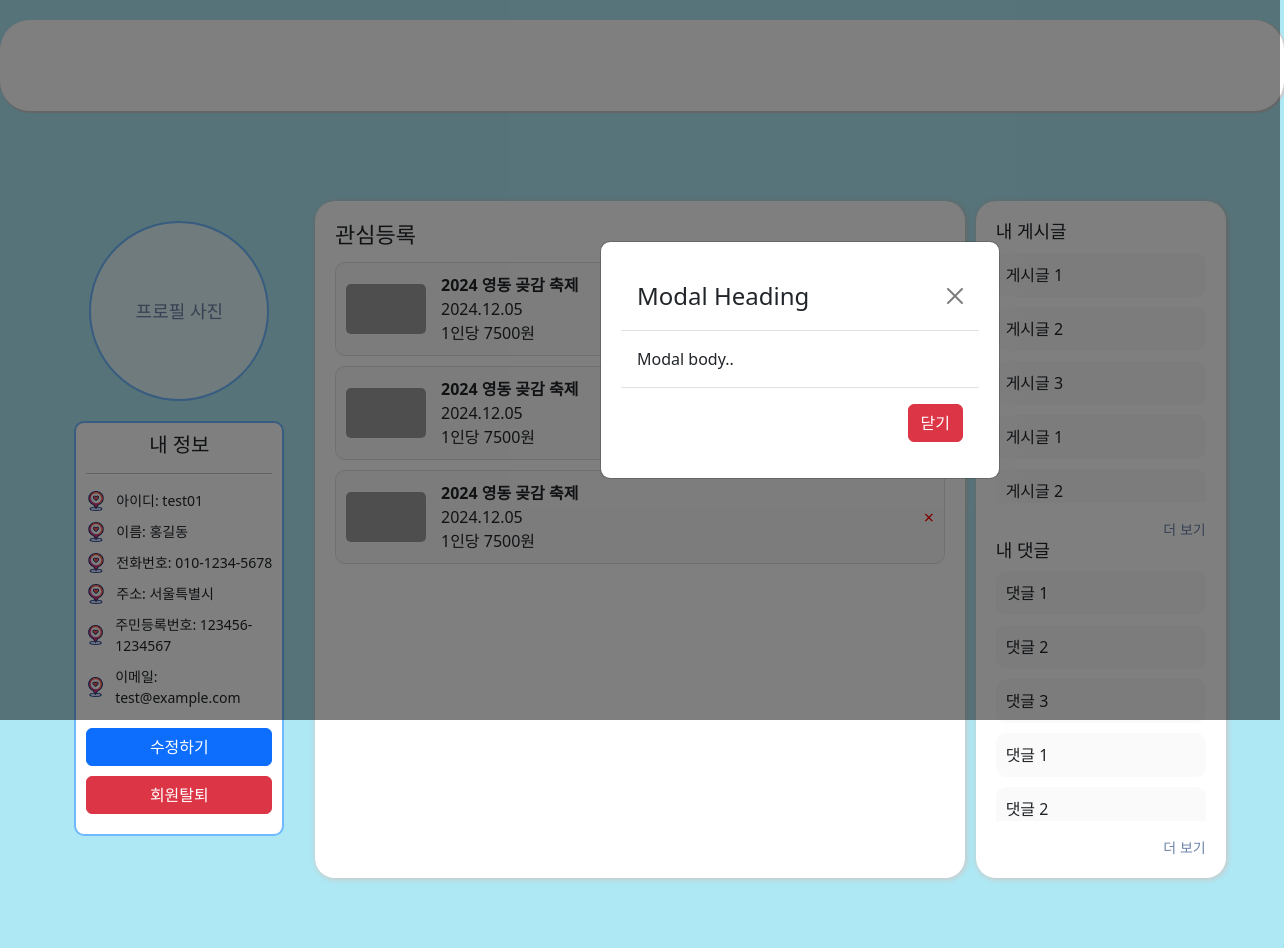
Repository: KimMJ0964/jsp
Page: http://localhost/Trafi/views/mypage/myPageMain.jsp
An editor plug-in stored every save of this project. The page is shown before and after the next save, followed by the edit.
The browser window is 1280 px wide. The page is 1284 px wide, so the pictures cover 1284 px, including what lies to the right of the window. The pictures show the whole page.
Pictures or frames that could not be fetched are drawn as grey boxes. The page is served by Tomcat 9.

Above is the page before, as saved 2024-09-19 08:21:08.
Console error: TypeError: Cannot set properties of null (setting 'onclick')

### Trafi/src/main/webapp/views/mypage/myPageMain.jsp
<%@ page language="java" contentType="text/html; charset=UTF-8"
    pageEncoding="UTF-8"%>
<!DOCTYPE html>
<html lang="en">
<head>
    <meta charset="UTF-8">
    <meta name="viewport" content="width=device-width, initial-scale=1.0">
    <title>마이페이지</title>

    <!-- Latest compiled and minified CSS -->
    <link href="https://cdn.jsdelivr.net/npm/bootstrap@5.3.3/dist/css/bootstrap.min.css" rel="stylesheet">

    <!-- Latest compiled JavaScript -->
    <script src="https://cdn.jsdelivr.net/npm/bootstrap@5.3.3/dist/js/bootstrap.bundle.min.js"></script>
    <style>
        body {
            margin: 0;
            padding: 0;
            background-color: #ADE8F4;
        }
        .wrap {
            width: 1246px;
            margin: auto;
            padding: 20px;
        }
        #header {
            width: 1284px;
            height: 91px;
            background-color: white;
            border-radius: 30px;
            margin: 20px auto;
            box-shadow: 1px 1px 1px 1px rgb(203, 203, 203);
        }
        .container {
            display: flex;
            justify-content: space-around;
            margin: 50px auto;
            max-width: 1300px;
        }

        /* 프로필 섹션 */
        .profile-section {
            padding: 20px;
            width: 250px;
        }
        .profile-section .profile-image {
            width: 180px;
            height: 180px;
            border-radius: 50%;
            background-color: #E0F7FA;
            margin: 0 auto;
            display: flex;
            justify-content: center;
            align-items: center;
            font-size: 18px;
            color: #6C83A8;
        }
        .profile-section .profile-info {
            margin-top: 20px;
            border: 1px solid #E0E0E0;
            border-radius: 10px;
            padding: 10px;
        }
        .profile-info {
            background-color: white;
            border-radius: 20px;
        }
        .profile-section .profile-info h6 {
            font-size: 18px;
            margin-bottom: 20px;
        }
        .profile-section .profile-info ul {
            list-style: none;
            padding: 0;
            font-size: 14px;
        }
        .profile-section .profile-info ul li {
            margin-bottom: 10px;
            display: flex;
            align-items: center;
        }
        .profile-section .profile-info ul li img {
            width: 20px;
            height: 20px;
            margin-right: 10px;
        }
        .profile-section .profile-buttons {
            text-align: center;
            margin-top: 20px;
        }
        .profile-section .profile-buttons button {
            width: 100%;
            margin-bottom: 10px;
        }

        /* 축제 섹션 */
        .interest-section {
            background-color: white;
            border-radius: 20px;
            padding: 20px;
            width: 650px;
            box-shadow: 1px 1px 5px 1px rgb(203, 203, 203);
        }
        .interest-section h5 {
            font-size: 22px;
            margin-bottom: 15px;
        }
        .interest-section .interest-list {
            list-style: none;
            padding: 0;
            max-height: 400px;
            overflow-y: auto;
        }
        .interest-section .interest-list li {
            background-color: #FAFAFA;
            border: 1px solid #E0E0E0;
            padding: 10px;
            margin-bottom: 10px;
            display: flex;
            justify-content: space-between;
            align-items: center;
            border-radius: 10px;
        }
        .interest-section .interest-list li .info {
            display: flex;
            gap: 15px;
            align-items: center;
        }
        .interest-section .interest-list li img {
            width: 80px;
            height: 50px;
            border-radius: 5px;
        }
        .interest-section .interest-list li .text {
            font-size: 16px;
        }
        .interest-section .interest-list li .remove {
            font-size: 18px;
            color: red;
            cursor: pointer;
        }

        /* 게시글, 댓글 섹션 */
        .posts-comments-section {
            background-color: white;
            border-radius: 20px;
            padding: 20px;
            width: 250px;
            box-shadow: 1px 1px 5px 1px rgb(203, 203, 203);
        }
        .posts-comments-section h5 {
            font-size: 18px;
            margin-bottom: 10px;
        }
        .posts-comments-section ul {
            list-style: none;
            padding: 0;
            font-size: 16px;
            max-height: 250px;
            overflow-y: auto;
        }
        .posts-comments-section ul li {
            padding: 10px;
            background-color: #FAFAFA;
            margin-bottom: 10px;
            border-radius: 10px;
        }
        .posts-comments-section .view-more {
            text-align: right;
            font-size: 14px;
            color: #6C83A8;
            cursor: pointer;
        }

        /* 모달창 */
        .modal {
            position: fixed;
            left: 0;
            top: 0;
            width: 100%;
            height: 100%;
            background-color: rgba(0,0,0,0.5);
            display: flex;
            justify-content: center;
            align-items: center;
        }

        .modal-content {
            background-color: #fff;
            padding: 20px;
            border-radius: 10px;
            width: 400px;
            left: 40%;
            top: 20%;
        }

        .modal-content > form > table > tr > td {
            text-align: center;
        }

        .close {
            float: right;
            font-size: 20px;
            cursor: pointer;
        }

        /* 모바일 반응형 */

        @media (max-width: 480px) {
            .wrap {
                padding: 5px;
            }
            .profile-section, .interest-section, .posts-comments-section {
                padding: 5px;
            }
            .profile-section .profile-image {
                width: 100px;
                height: 100px;
            }
            .interest-section .interest-list li .info img {
                width: 50px;
                height: 30px;
            }
            .posts-comments-section ul li {
                font-size: 12px;
            }
        }
    </style>

</head>
<body>
    <div id="header"></div>
    <div class="wrap">
        <div class="container">
            <!-- Profile Section -->
            <div class="profile-section">
                <div class="profile-image" style="border: 2px solid #6FBAFF;">프로필 사진</div>
                <div class="profile-info" style="border: 2px solid #6FBAFF;">
                    <h5 style="text-align: center;">내 정보</h5>
                    <hr>
                    <ul>
                        <li><img src="./img/profile-icon.png" alt="icon">아이디: test01</li>
                        <li><img src="./img/profile-icon.png" alt="icon">이름: 홍길동</li>
                        <li><img src="./img/profile-icon.png" alt="icon">전화번호: 010-1234-5678</li>
                        <li><img src="./img/profile-icon.png" alt="icon">주소: 서울특별시</li>
                        <li><img src="./img/profile-icon.png" alt="icon">주민등록번호: 123456-1234567</li>
                        <li><img src="./img/profile-icon.png" alt="icon">이메일: test@example.com</li>
                    </ul>
                    <div class="profile-buttons">
                        <button type="button" class="btn btn-primary" data-bs-toggle="modal" data-bs-target="#myModal">
							수정하기
						</button>
                        <button class="btn btn-danger" id="delete-account-btn">회원탈퇴</button>
                    </div>
                </div>
            </div>

            <!-- Interest Section -->
            <div class="interest-section">
                <h5>관심등록</h5>
                <ul class="interest-list">
                    <li>
                        <div class="info">
                            <img src="festival.jpg" alt="축제 이미지">
                            <div class="text">
                                <strong>2024 영동 곶감 축제</strong><br>
                                2024.12.05<br>
                                1인당 7500원
                            </div>
                        </div>
                        <div class="remove">&times;</div>
                    </li>
                    <li>
                        <div class="info">
                            <img src="festival.jpg" alt="축제 이미지">
                            <div class="text">
                                <strong>2024 영동 곶감 축제</strong><br>
                                2024.12.05<br>
                                1인당 7500원
                            </div>
                        </div>
                        <div class="remove">&times;</div>
                    </li>
                    <li>
                        <div class="info">
                            <img src="festival.jpg" alt="축제 이미지">
                            <div class="text">
                                <strong>2024 영동 곶감 축제</strong><br>
                                2024.12.05<br>
                                1인당 7500원
                            </div>
                        </div>
                        <div class="remove">&times;</div>
                    </li>

                    <!-- More items -->
                </ul>
            </div>

            <!-- Posts and Comments Section -->
            <div class="posts-comments-section">
                <div class="posts-comments-container">
                    <!-- My Posts Section -->
                    <div class="posts-section">
                        <h5>내 게시글</h5>
                        <ul>
                            <li>게시글 1</li>
                            <li>게시글 2</li>
                            <li>게시글 3</li>
                            <li>게시글 1</li>
                            <li>게시글 2</li>
                            <li>게시글 3</li>
                            <!-- More posts -->
                        </ul>
                        <div class="view-more">더 보기</div>
                    </div>

                    <!-- My Comments Section -->
                    <div class="comments-section">
                        <h5>내 댓글</h5>
                        <ul>
                            <li>댓글 1</li>
                            <li>댓글 2</li>
                            <li>댓글 3</li>
                            <li>댓글 1</li>
                            <li>댓글 2</li>
                            <li>댓글 3</li>
                            <!-- More comments -->
                        </ul>
                        <div class="view-more">더 보기</div>
                    </div>
                </div>
            </div>
    </div>

    <!-- 모달 구조 -->
    <div class="modal" id="editProfileModal" style="display:none;">
        <div class="modal-content">
            <span class="close">&times;</span>
            <h2>프로필 수정</h2>
            <form>
                <table>
                    <tr>
                        <td>
                            <label for="name">이름:</label>
                            <input type="text" id="name" name="name" required>
                        </td>
                    </tr>
                    <tr>
                        <td>
                            <label for="phone">전화번호:</label>
                            <input type="text" id="phone" name="phone" required>
                        </td>
                    </tr>
                    <tr>
                        <td>
                            <label for="address">주소:</label>
                            <input type="text" id="address" name="address" required>
                        </td>
                    </tr>
                    <tr>
                        <td>
                            <label for="ssn">주민등록번호:</label>
                            <input type="text" id="ssn" name="ssn" required>
                        </td>
                    </tr>
                    <tr>
                        <td>
                            <label for="email">이메일:</label>
                            <input type="text" id="email" name="email" required> @
                            <select id="email-domain" name="email-domain">
                                <option value="gmail.com">@gmail.com</option>
                                <option value="naver.com">@naver.com</option>
                                <option value="daum.net">@daum.net</option>
                                <option value="custom">직접 입력</option>
                            </select>
                            <input type="text" id="custom-domain" name="custom-domain" style="display:none;" placeholder="직접 입력">
                        </td>
                    </tr>
                </table>
                <button type="submit">저장하기</button>
            </form>
        </div>
    </div>

    <div class="modal" id="myModal">
	  <div class="modal-dialog">
	    <div class="modal-content">

	      <!-- Modal Header -->
	      <div class="modal-header">
	        <h4 class="modal-title">Modal Heading</h4>
	        <button type="button" class="btn-close" data-bs-dismiss="modal"></button>
	      </div>

	      <!-- Modal body -->
	      <div class="modal-body">
	        Modal body..
	      </div>

	      <!-- Modal footer -->
	      <div class="modal-footer">
	        <button type="button" class="btn btn-danger" data-bs-dismiss="modal">닫기</button>
	      </div>

	    </div>
	  </div>
	</div>
    </div>

    <script>
        document.getElementById("delete-account-btn").addEventListener("click", function() {
            if (confirm("정말로 회원탈퇴를 진행하시겠습니까?")) {
                // 네
                alert("회원탈퇴가 진행됩니다.");
            } else {
                // 아니요
                alert("회원탈퇴가 취소되었습니다.");
            }
        });

        // 모달 열기 및 닫기 로직
        var modal = document.getElementById("editProfileModal");
        var btn = document.getElementById("edit-profile-btn");
        var span = document.getElementsByClassName("close")[0];

        btn.onclick = function() {
            modal.style.display = "block";
        }

        span.onclick = function() {
            modal.style.display = "none";
        }

        window.onclick = function(event) {
            if (event.target == modal) {
                modal.style.display = "none";
            }
        }

        // 이메일 도메인 선택 시 처리
        var emailDomainSelect = document.getElementById("email-domain");
        var customDomainInput = document.getElementById("custom-domain");

        emailDomainSelect.onchange = function() {
            if (emailDomainSelect.value === "custom") {
                customDomainInput.style.display = "inline-block";
            } else {
                customDomainInput.style.display = "none";
                customDomainInput.value = ""; // 입력 필드를 초기화
            }
        }
    </script>
</body>
</html>

After the next save:
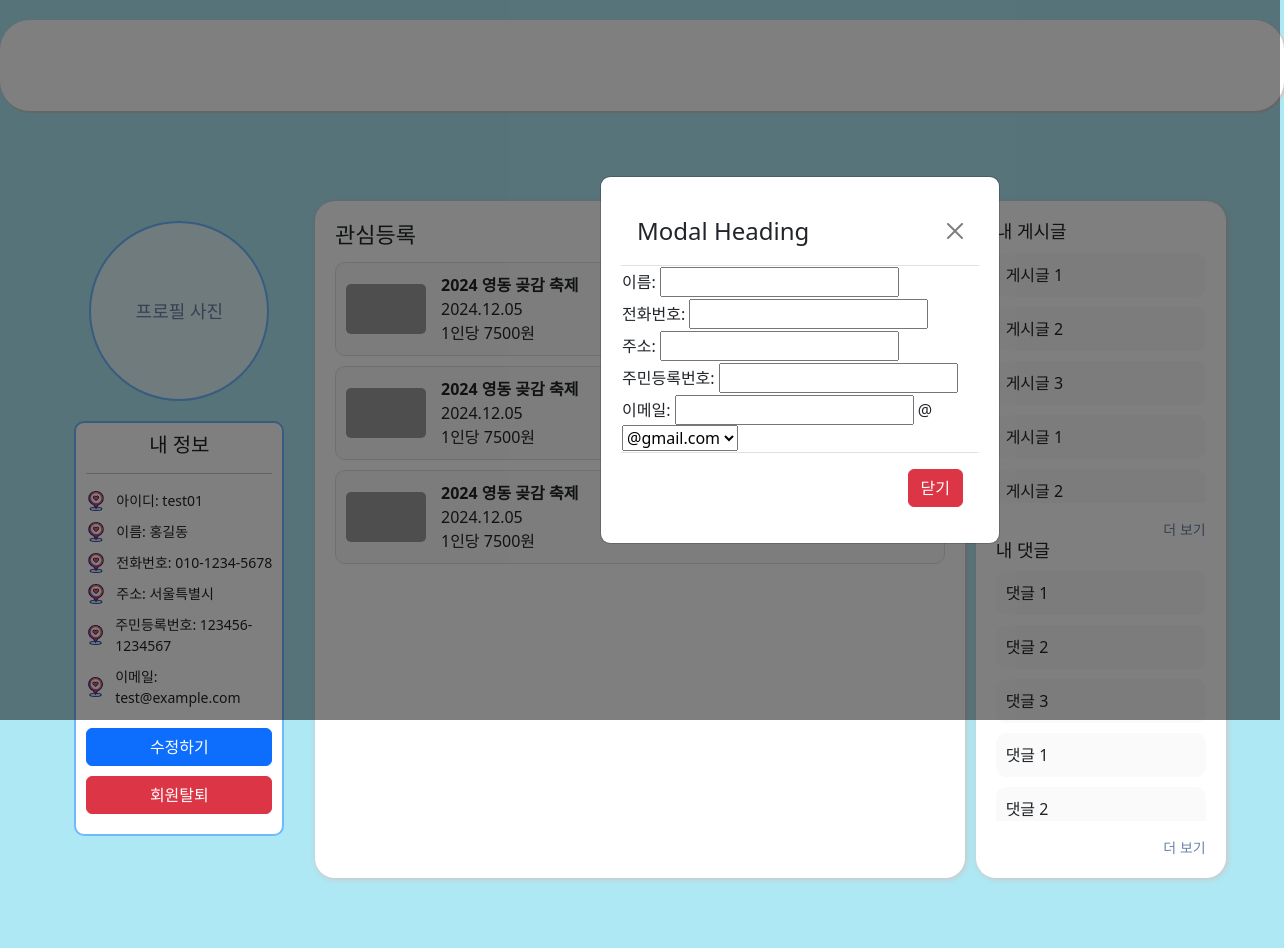
Saved 24 s later.
--- a/Trafi/src/main/webapp/views/mypage/myPageMain.jsp
+++ b/Trafi/src/main/webapp/views/mypage/myPageMain.jsp
@@ -393,10 +393,45 @@
 	        <button type="button" class="btn-close" data-bs-dismiss="modal"></button>
 	      </div>
 
-	      <!-- Modal body -->
-	      <div class="modal-body">
-	        Modal body..
-	      </div>
+	       <table>
+                    <tr>
+                        <td>
+                            <label for="name">이름:</label>
+                            <input type="text" id="name" name="name" required>
+                        </td>
+                    </tr>
+                    <tr>
+                        <td>
+                            <label for="phone">전화번호:</label>
+                            <input type="text" id="phone" name="phone" required>
+                        </td>
+                    </tr>
+                    <tr>
+                        <td>
+                            <label for="address">주소:</label>
+                            <input type="text" id="address" name="address" required>
+                        </td>
+                    </tr>
+                    <tr>
+                        <td>
+                            <label for="ssn">주민등록번호:</label>
+                            <input type="text" id="ssn" name="ssn" required>
+                        </td>
+                    </tr>
+                    <tr>
+                        <td>
+                            <label for="email">이메일:</label>
+                            <input type="text" id="email" name="email" required> @
+                            <select id="email-domain" name="email-domain">
+                                <option value="gmail.com">@gmail.com</option>
+                                <option value="naver.com">@naver.com</option>
+                                <option value="daum.net">@daum.net</option>
+                                <option value="custom">직접 입력</option>
+                            </select>
+                            <input type="text" id="custom-domain" name="custom-domain" style="display:none;" placeholder="직접 입력">
+                        </td>
+                    </tr>
+                </table>
 
 	      <!-- Modal footer -->
 	      <div class="modal-footer">
